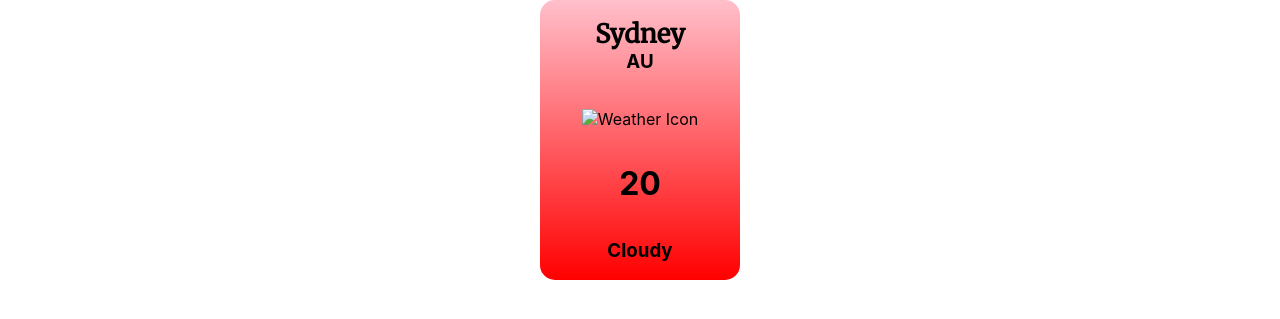
Repository: sayrilamar/chumsweatherapp
Page: /
The author's editor kept a copy of each file at every save. The page is drawn from the files as they stood at one save, then again after the next save.
The browser window is 1280 px wide. The pictures show the whole page.
The project was rebuilt for these pictures with package versions that can differ from the ones it lists, and the page was loaded fresh each time.

Above is the page before, as saved 2020-04-16 19:56:14.

After the next save:
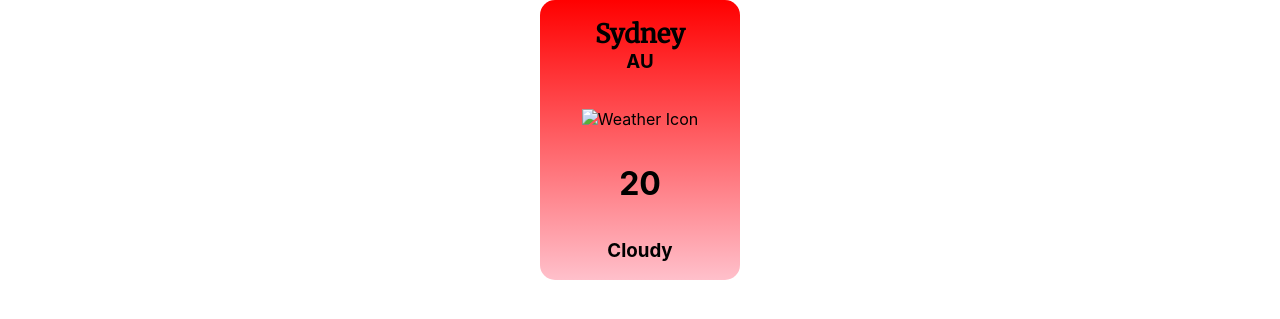
Saved 14 s later.
--- a/src/App.css
+++ b/src/App.css
@@ -11,7 +11,7 @@
 
 .card {
   margin: 0 auto;
-  background: linear-gradient(to top, red, pink);
+  background: linear-gradient(to bottom, red, pink);
   width: 200px;
   height: 280px;
   display: flex;
